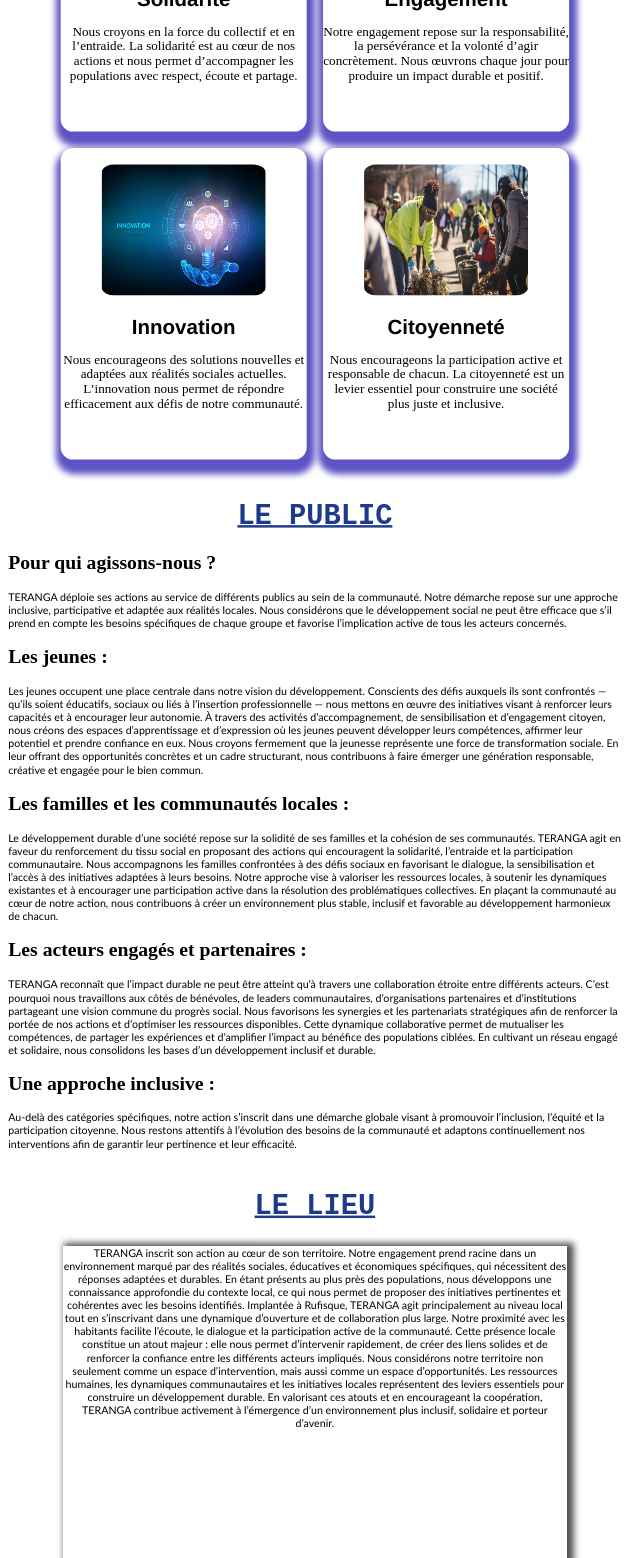
Repository: assanendao171/projet-teranga
Page: propos.html
An editor plug-in stored every save of this project. The page is shown before and after the next save, followed by the edit.
The browser window is 768 px wide. The pictures show the part of the page from y = 1536 to 3436 px (the page is 4417 px tall before and 4287 px after), at 82% of full size.
Pictures or frames that could not be fetched are drawn as grey boxes.

Above is the page before, as saved 2026-02-13 16:39:06.

After the next save:
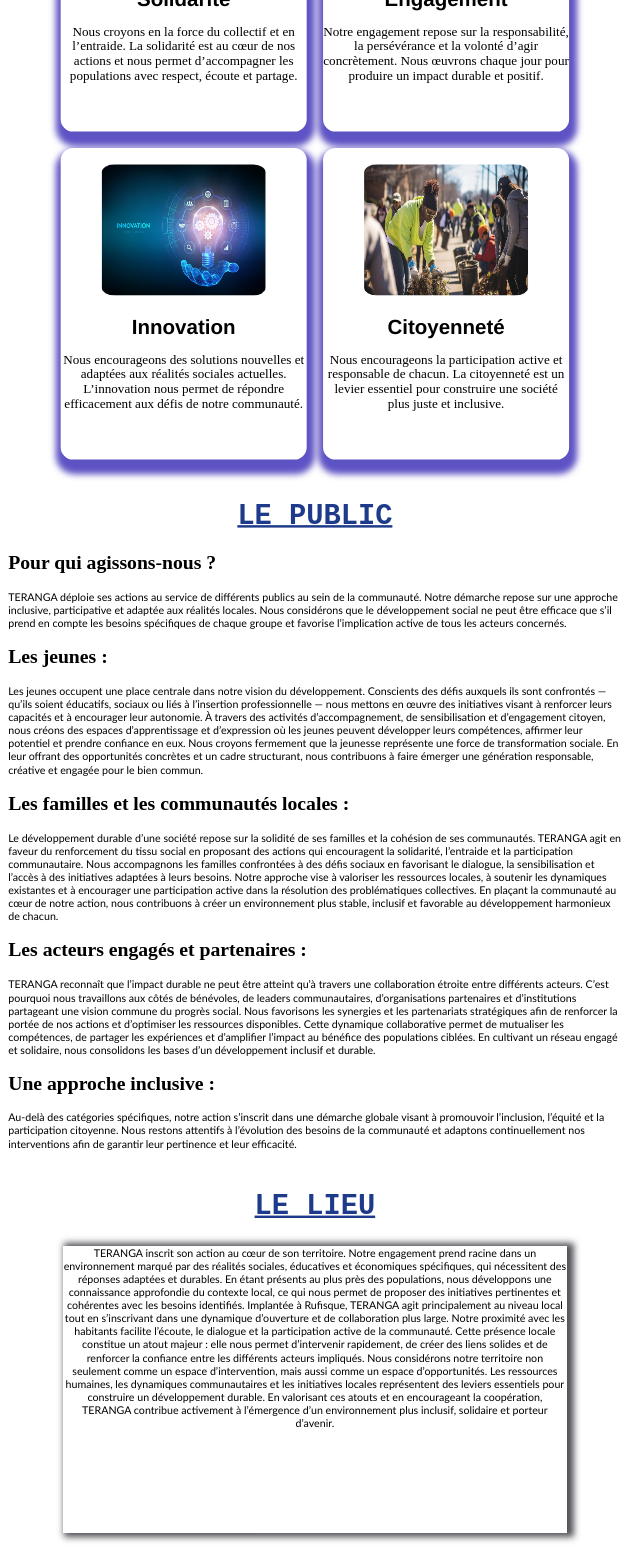
Saved 17 s later.
--- a/propos.css
+++ b/propos.css
@@ -320,7 +320,7 @@ font-family:'Trebuchet MS', 'Lucida Sans Unicode', 'Lucida Grande', 'Lucida Sans
 margin: 5px ;
    width: 80%;
     box-shadow: 5px 1px 8px 4px rgba(31, 30, 37, 0.781);
-    height: 480px;
+    height: 350px;
 }
 .ifram-lieu{
     width: 50%;
